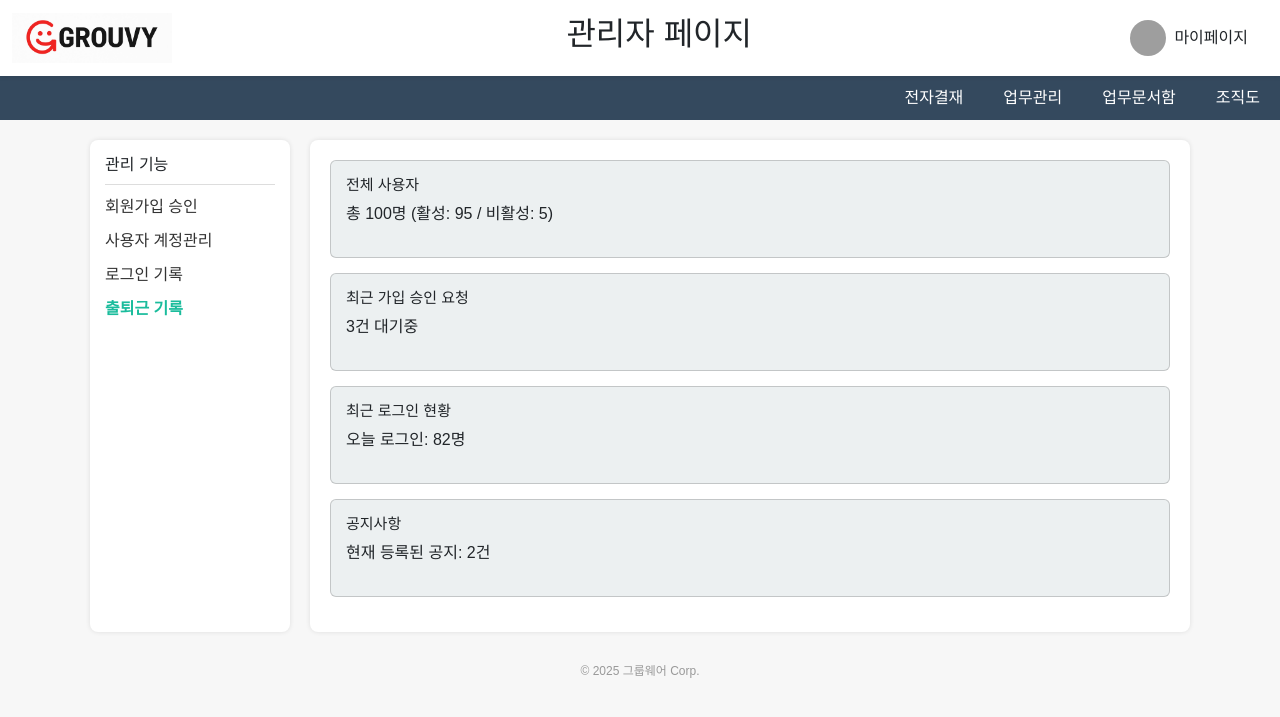
Repository: hyunbin7664/web-java-workspace
Page: groupware/src/main/webapp/admin_dashboard.html
An editor plug-in stored every save of this project. The page is shown before and after the next save, followed by the edit.
The browser window is 1280 px wide. The pictures show the whole page.
Pictures or frames that could not be fetched are drawn as grey boxes.

Above is the page before, as saved 2025-07-08 02:22:26.

After the next save:
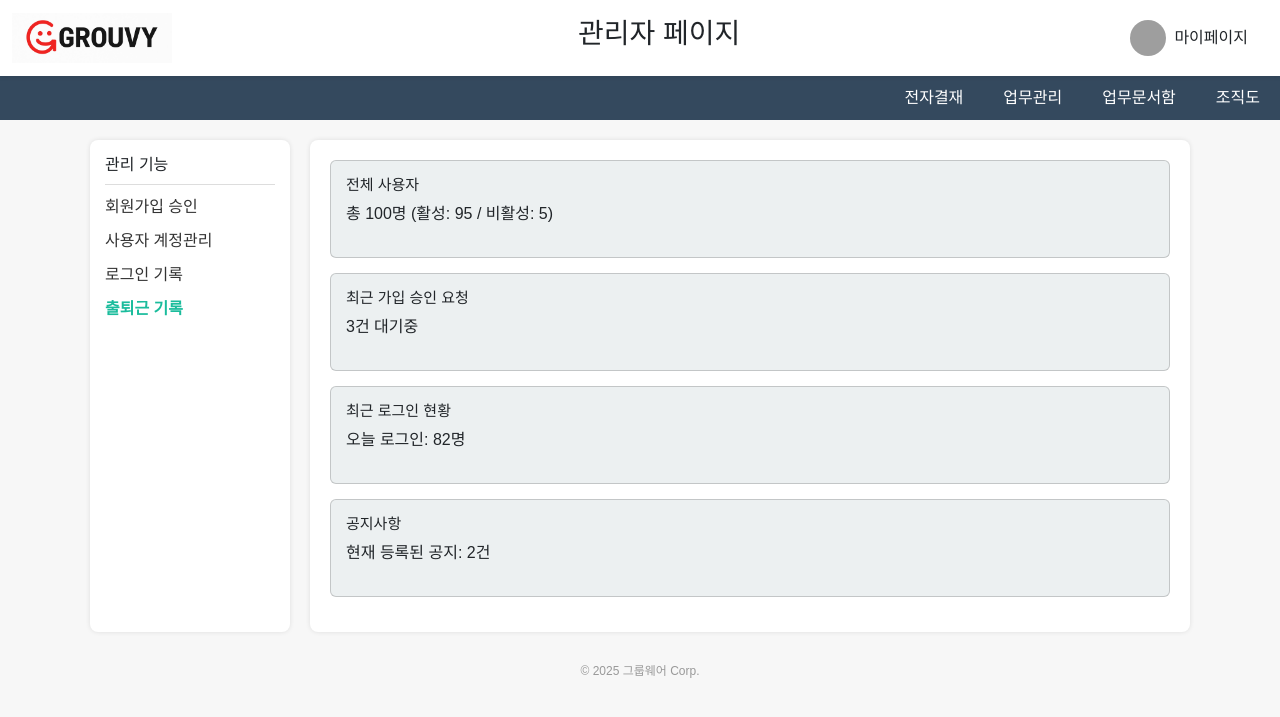
Saved 7 s later.
--- a/groupware/src/main/webapp/admin_dashboard.html
+++ b/groupware/src/main/webapp/admin_dashboard.html
@@ -131,9 +131,9 @@ footer {
 					<img src="grouvy_logo.jpg" alt="GROUVY 로고" class="logo-img">
 				</span>
 			</a>
-			<h2>
+			<h3>
 			<a class="mb-2 mb-lg-0 text-decoration-none text-dark" href="admin_dashboard.html">관리자 페이지</a>
-			</h2>
+			</h3>
 			<div class="d-flex align-items-center">
 				<a href="mypage.html" >
 					<img src="https://search.pstatic.net/sunny/?src=https%3A%2F%2Fs3.orbi.kr%2Fdata%2Ffile%2Funited2%2F6cc64e06aa404ac3a176745b9c1d5bfa.jpeg&type=sc960_832"
